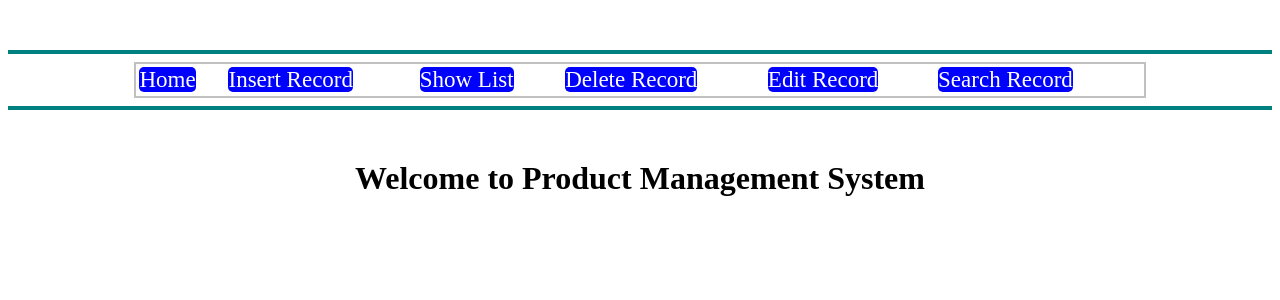
Repository: nikunj-var/Advance_Java
Page: http://localhost/product_management/
These files come from the project's save history. The page is drawn as it stood at one moment and after the next save; the edit follows.
The browser window is 1280 px wide. The pictures show the whole page.
The page is served by Tomcat 10.

Above is the page before, as saved 2023-07-21 05:44:43.
Console error: SyntaxError: Unexpected end of input

After the next save:
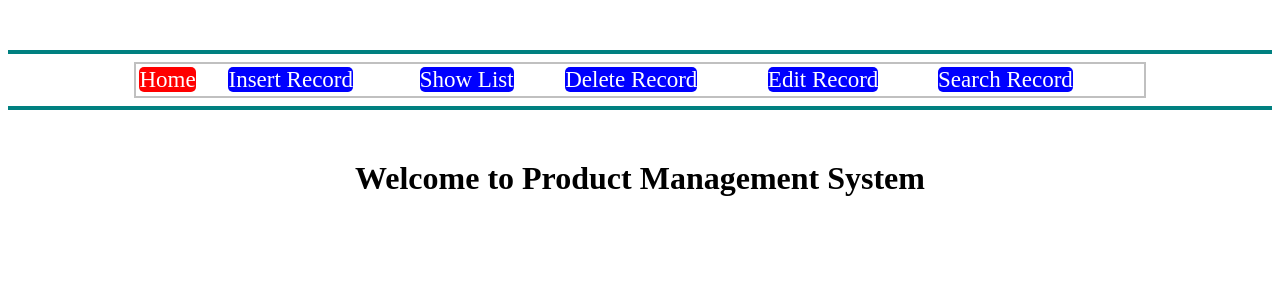
The error is gone.
Saved 72 s later.
--- a/product_management/src/main/webapp/index.jsp
+++ b/product_management/src/main/webapp/index.jsp
@@ -8,7 +8,7 @@
 </html> -->
 
 <html>
-	<body onload = "makeActive("home")">
+	<body onload = makeActive("home")>
 		<div class='div'>
 			<h1>Welcome to Product Management System</h1>
 		</div>
